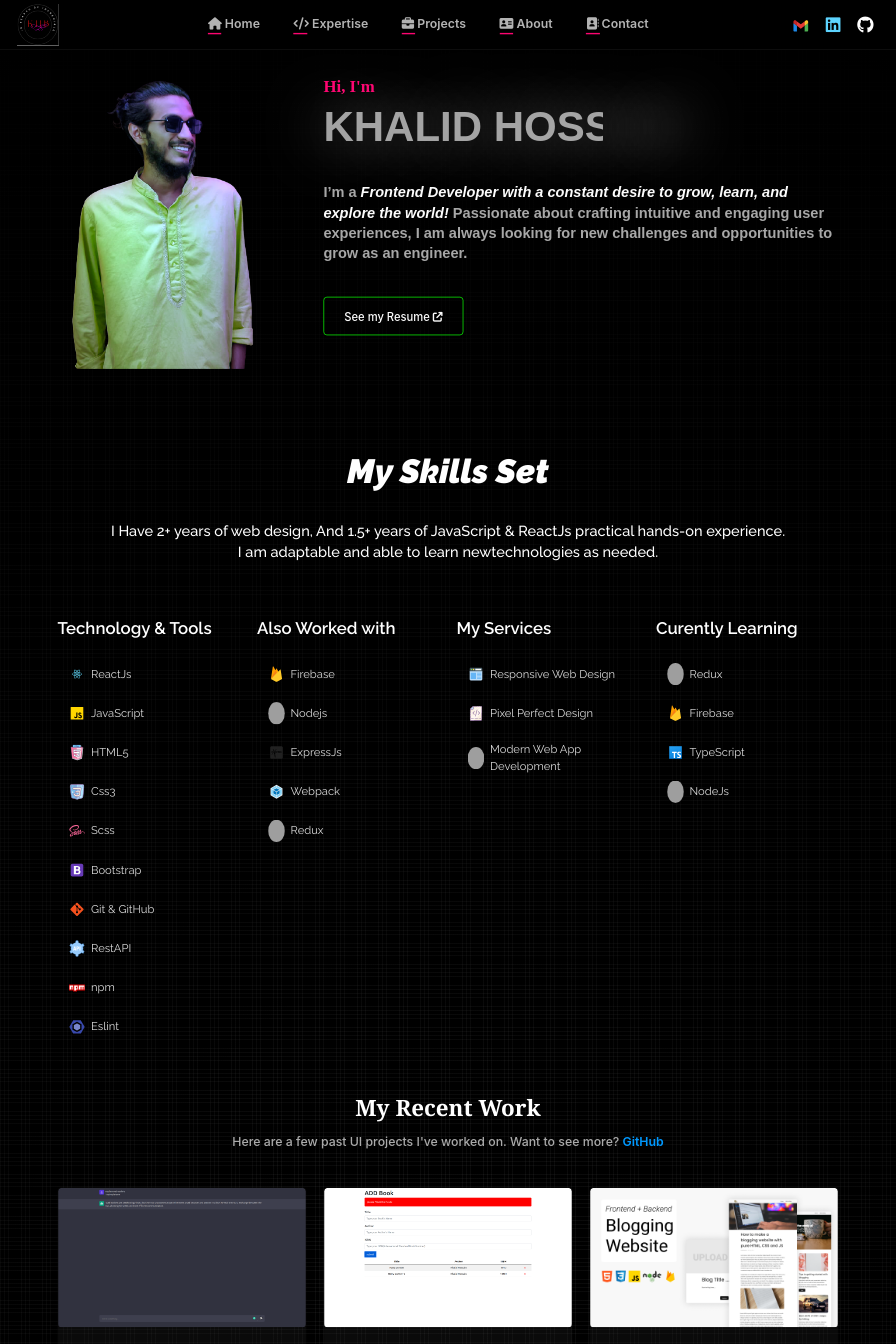
Repository: badhon252/my-portfolio
Page: /
These files come from the project's save history. The page is drawn as it stood at one moment and after the next save; the edit follows.
The browser window is 1280 px wide. The pictures show the part of the page from y = 0 to 1920 px (the page is 3604 px tall before and 3679 px after), at 70% of full size.
Pictures or frames that could not be fetched are drawn as grey boxes. Some web fonts or font styles are not loaded; a fallback is used. The project was rebuilt for these pictures with package versions that can differ from the ones it lists, and the page was loaded fresh each time.

Above is the page before, as saved 2023-02-14 19:01:00.

### public/index.html
<!DOCTYPE html>
<html lang="en">

<head>
    <meta charset="utf-8" />
    <meta name="viewport" content="width=device-width, initial-scale=1.0" />
    <meta name="theme-color" content="#000000" />
    <link rel=" stylesheet " href=" https://cdnjs.cloudflare.com/ajax/libs/font-awesome/6.2.1/css/all.min.css ">
    <!-- For google search engines  -->
    <meta name="google-site-verification" content="pFRaVUB3Vqtpp7CYJiHCBl35aQ6s2zmKJ89Zh2XF5rQ" />
    <meta name="description"
        content="I'm Khalid Hossain Badhon, I'm a experienced Frontend Web Application developer with more than 2years of hands on experienced. Front-end engineers, Front-end development, reactjs developer, javascript developer" />
    <!--  Bootstap== -->
    <link rel=" stylesheet " href=" https://cdn.jsdelivr.net/npm/bootstrap@5.3.0-alpha1/dist/css/bootstrap.min.css ">


    <title>Khalid Hossain Badhon | Frontend Developer</title>
</head>

<body>
    <div id="root"></div>

    <script src=" https://cdn.jsdelivr.net/npm/bootstrap@5.3.0-alpha1/dist/js/bootstrap.bundle.min.js "></script>
    <!-- <script src=" https://platform.linkedin.com/badges/js/profile.js " async defer type=" text/javascript "></script> -->

</body>

</html>

### src/index.css
* {
    margin: 0;
    padding: 0;
    box-sizing: border-box;
}

html {
    --scrollbarBG: #2f2f2f;
    --thumbBG: #808080;
}

body {
    margin: 0;
    font-family: -apple-system, BlinkMacSystemFont, 'Segoe UI', 'Roboto', 'Oxygen', 'Ubuntu', 'Cantarell', 'Fira Sans', 'Droid Sans', 'Helvetica Neue', sans-serif;
    -webkit-font-smoothing: antialiased;
    -moz-osx-font-smoothing: grayscale;
    background-color: #000000;
    background-image: radial-gradient(circle at center center, transparent 0%, rgb(0, 0, 0) 99%), repeating-linear-gradient(0deg, rgba(163, 163, 163, 0.07) 0px, rgba(163, 163, 163, 0.07) 1px, transparent 1px, transparent 6px), repeating-linear-gradient(90deg, rgba(163, 163, 163, 0.07) 0px, rgba(163, 163, 163, 0.07) 1px, transparent 1px, transparent 6px), linear-gradient(90deg, rgb(0, 0, 0), rgb(0, 0, 0));
    color: #ffffff;
    scrollbar-width: thin;
    scrollbar-color: var(--thumbBG) var(--scrollbarBG);
}

body::-webkit-scrollbar {
    width: 12px;
}

body::-webkit-scrollbar-track {
    background: var(--scrollbarBG);
}

body::-webkit-scrollbar-thumb {
    background-color: var(--thumbBG);
    border-radius: 6px;
    border: 3px solid var(--scrollbarBG);
}

### src/Components/Home/Home.jsx
import AboutMe from "./AboutMe/AboutMe";
// import Footer from "./Footer/Footer";
import Header from "./Header/Header";
import Projects from "./Project/Projects";
import Skill from "./Skill/Skill";


export default function Home() {
  return (
    <div id="home">
        <Header />
        <Skill/>
        <Projects/>
        <AboutMe/>
        {/* <Footer/> */}

    </div>
  )
}

### src/Components/Home/Header/Header.jsx
import React from 'react'
import HeaderContent from './HeaderContent/HeaderContent'
import Navbar from './Navbar/Navbar'
import Classes from './Header.module.css'

export default function Header() {
  return (
    <header className={Classes.header}>
      <Navbar/>
      <HeaderContent/>
    </header>
  )
}

### src/Components/Home/Skill/Skill.jsx
import "./Skill.css"
import SkillSet from "./SkillSet";
const SkillEfficiency = () => {
    return (
       <section id="skill" >
        <div className="container">

        <div className="d-flex justify-content-center">
                <h1 className="skillSet__title"> My Skills Set </h1>
        </div>
                <div className="skillSet__title__line">
                    <div className="skillSet__title__line__inner">
                        I Have 2+ years of web design, And 1.5+ years of JavaScript & ReactJs practical hands-on experience. <br />
                        <span> I am adaptable and able to learn newtechnologies as needed.</span>
                    </div>
                </div>
                  <SkillSet/>
        </div>
       </section>
    );
}

export default SkillEfficiency;

### src/Components/Home/AboutMe/AboutMe.css
#about {
    padding: 2rem 1rem;
    min-height: 100vh;
}

#about p {
    font-size: 1.2em;
    font-weight: 500;
    margin-bottom: 1rem;
    color: rgba(255, 255, 255, 0.568);
    line-height: 1.3;
    letter-spacing: -1px;
}

#about h1 {
    color: #fcfcfc;
    font-size: 2.5em;
}

#about p:hover {
    color: #fcfcfc;
    cursor: text;
}

.aboutMe_titile::after {
    content: "";
    display: block;
    position: relative;
    top: -13px;
    width: 30vw;
    height: 1px;
    margin-left: 200px;
    background-color: rgba(9, 250, 227, 0.63);
}


/* Hometown ======== */

.homeTown_title {
    font-size: 1.3em;
    font-weight: 600;
    color: aquamarine;
    font-weight: 600;
}


/* .homeTown_title i {
    color: rgb(255, 255, 255);
    font-size: 1.2rem;
    width: 100%;
} */


/* edu ========== */

.crt_title,
.edu_title {
    font-size: 1.3em;
    font-weight: 600;
    color: aquamarine;
}

#about h4 {
    font-size: 1em;
    font-weight: 500;
    color: rgb(206, 255, 239);
    line-height: 1.5;
}

#about h4 span {
    color: rgb(88, 126, 111);
}

#about h4 span:hover {
    color: rgb(255, 255, 255);
}

#about h4 a {
    color: rgb(88, 126, 111);
    text-decoration: none;
}

### src/Components/Home/Header/HeaderContent/HeaderContent.jsx
import Badhon from "../../../../Assests/Images/badhon-color.png";
import HeroSection from './HeroSection'
import Classes from "./Header.module.css";

export default function HeaderContent() {
  return (
      <div className="container" >
        <div className={Classes.headerContainer}>

          <div className="row my-5" >
              <div className="col-md-4">
                <img src={Badhon} alt="Badhon" className="img-fluid w-100 px-2" />
              </div>
              <div className="col-md-8 py-5 d-flex flex-column">
                <HeroSection />
              </div>
          </div>
        </div>
      </div>
  )
}

### src/Components/Home/Header/Navbar/Navbar.jsx
import "./Navs/Navs.css"
import "./Navbar.css"
import Nav from './Navs/Nav/Nav'
// import NavbarBrand from './NavbarBrand/NavbarBrand'
// import LinkedIn from './Navs/LinkedIn/LinkedIn'
// import GitHub from './Navs/GitHub/Github'

export default function Navbar() {
  return (
    <div className='navBar borderBottom container-fluid'>
            <Nav/>
         {/* <div className='navBar'>
            <LinkedIn/>
            <GitHub/>
         </div> */}
    </div>
  )
}

### src/Components/Home/Header/Header.module.css
.header {
    color: aliceblue;
    padding: 0 1rem;
}

### src/Components/Home/Project/ProjectCard.jsx
import CardImgLink from "./Card_img__link"
import "./Projects.css"

export default function ProjectCard(props) {

  function stacks(){
    return props.stack.map((item, index) => {
      return <span className="stack" key={index}>#{item}</span>
    })
  }

  return (
    <div className="card my-1" id="card">
          <div className="card-img">
            <a href={props.preview} >
              <img src={props.img} className="card-img-top img-fluid" alt={props.title}/>
              <CardImgLink preview={props.preview} link={props.link}/>
            </a>
          </div>
        <div className="card-body">
          <div className="stacks">
             {stacks()}
          </div>

            <h5 className="card-title my-2">{props.title}</h5>
            <span className="card-text py-5 px-3">{props.text}</span>

        </div>
    </div>
  )
}

### src/Components/Home/Project/Projects.css
#card {
    background-color: #2c2d2c3a;
    /* width: 18rem */
    overflow: hidden;
    color: aliceblue;
    position: relative;
    text-align: center;
    transition: .5s;
}

#card:hover {
    /* width: 18rem */
    overflow: hidden;
    text-align: center;
    box-shadow: 5px 5px 50px rgba(53, 255, 3, 0.193);
    transform: translateY(-25px);
}

#card:hover span {
    color: aliceblue;
}

.card-img {
    overflow: hidden;
}

.img-fluid {
    border-radius: 0%;
    width: 100%;
    height: 100%;
    object-fit: cover;
    object-position: center;
    transition: 0.5s;
}

#card:hover .card-img-top {
    border-radius: 0;
    transform: scale(1.1);
}


/* Path: src/Components/Home/Project/Projects.css */

.project__title {
    color: rgba(255, 255, 255, 0.664);
    text-align: center;
}

.project__title h2 {
    font-size: 2rem;
    font-weight: 700;
    margin-bottom: 1rem;
    color: #fff;
    font-family: Georgia, 'Times New Roman', Times, serif;
}

.project__title__line {
    font-weight: 500;
    font-size: 1.1rem;
}

.project__title__line a {
    color: #0099ff;
    text-decoration: none;
    font-weight: 600;
}

.project__title__line a:hover {
    color: #1da5ff;
    text-decoration: underline;
}

.card_img__link {
    align-items: center;
    background-color: rgba(0, 0, 0, 0.332);
    border-radius: 5px;
    display: flex;
    justify-content: flex-end;
    position: absolute;
    right: 0;
    top: 0;
    bottom: 0;
    left: 0;
    transition: .5s;
    opacity: 0;
}

#card:hover .card_img__link {
    opacity: 1;
}

.card_img__link a {
    color: #dbdbdb;
    text-decoration: none;
    font-weight: 700;
    margin: 0 .5rem;
}

.card_img__link a:hover {
    color: #eae8ff;
    text-decoration: none;
    font-weight: 700;
}

.card_img__link i {
    color: #fff;
}

.card_img__link i:hover {
    color: rgb(0, 157, 255);
}


/* .githubIcon {
    right: 5px;
}

.redirect {
    max-width: 40px;
    margin-top: 6px;
    color: #0099ff;
} */

.card-body {
    z-index: 111;
    padding-bottom: 2rem;
}

.card-body h5 {
    font-size: 1.2rem;
    font-weight: 600;
    margin: 0;
}

.card-body .stacks {
    margin: 0;
    opacity: 0;
    transition: 0.5s;
}

#card:hover .stacks {
    opacity: 1;
}

.card-body .stack {
    display: inline;
    font-size: .8rem;
    font-weight: 600;
    color: #ffffff;
    background-color: rgb(73, 73, 73);
    margin: .1rem;
    border-radius: 5px;
    text-align: left;
}

.card-text {
    color: #dbdbdbbb;
}

.card-text:hover {
    color: #eae8ff;
}

### src/Components/Home/Skill/Skill.css
@import url('https://fonts.googleapis.com/css2?family=Raleway:ital,wght@0,300;0,400;0,500;0,600;0,700;0,800;0,900;1,500;1,600;1,900&display=swap');

/* .skills {
    margin: 4rem 0 2rem 0;
    display: flex;
    justify-content: space-around;
    flex-wrap: wrap;
    gap: 2rem;
    height: 80vh;
    overflow: hidden;
} */

#skill {
    font-family: 'Raleway', sans-serif;
}

.skillSet__title__text h2 {
    font-size: 1.5em;
    font-weight: 600;
    margin-bottom: 1rem;
    display: inline-block;
}

.skillSet__title__text h2::after {
    content: "";
    display: block;
    height: 4px;
    transition: .5s;
    width: 0;
    background: rgb(255, 14, 118);
}

.skillSet:hover .skillSet__title__text h2::after {
    width: 100%;
}

.skillSet li {
    list-style-type: none;
    margin: 0.5rem 1rem;
    color: #ffffffda;
    transition: .4s;
    display: flex;
    align-items: center;
    padding: .5rem 0;
}

.skillSet li img {
    width: 1.5rem;
    margin-right: 0.5rem;
}

.skillSet:hover li {
    color: #ffffff;
    transform: translateY(-5px);
}

.skillSet:hover li img {
    transform: scale(1.2);
}


/* .skillSet:hover {
    background: linear-gradient(90deg, rgba(9, 255, 5, 0.5) 0%, rgba(255, 0, 0, 0.5) 100%);
    box-shadow: 0 0 10px 0 rgba(255, 255, 255, 0.5);
} */

.skillSet__title {
    font-weight: 900;
    font-style: italic;
    font-size: 3em;
    margin-top: 70px;
}

.skillSet__title::after {
    content: "";
    display: block;
    height: 4px;
    transition: .6s;
    width: 0;
    background: linear-gradient(202deg, rgb(5, 255, 1) 20%, rgb(255, 14, 118) 50%, rgb(0 4 255) 100%);
}

#skill:hover .skillSet__title::after {
    width: 100%;
}

.skillSet__title__line {
    font-size: 1.3rem;
    font-weight: 800;
    color: rgba(255, 255, 255, 0.63);
    text-align: center;
    margin: 1rem 0;
}

.skillSet__title__line__inner {
    font-family: 'Raleway', sans-serif;
    margin: 1.3em 0 3em 0;
    font-size: 1em;
    font-weight: 500;
    line-height: 1.5;
    color: #ffffff;
}

.skillSet {
    margin: 1rem 0;
}


/* Generated code  */


/* .wave-container {
    height: 40vh;
    background-color: #000000;
    position: relative;
}

.wave-container::before {
    content: "";
    width: 100%;
    height: 135px;
    position: absolute;
    bottom: -0.3%;
    left: 0;
    background-size: auto;
    background-repeat: repeat no-repeat;
    background-position: 54vw bottom;
    background-image: url("data:[embedded picture, 356 characters]");
}

@media(max-width:850px) {
    .wave-container::before {
        height: 67.5px
    }
} */

### src/Components/Home/Header/HeaderContent/HeroSection.jsx
import Classes from "./Header.module.css";
// import Name from "./Name";

export default function HeroSection() {
  return (
    <div className={Classes.heroSection}>
          <h2 className={Classes.h2}>Hi, I'm</h2>
          <h1 className={Classes.myName}>
            <span>
              Khalid Hossain.
            </span>
          </h1>
          {/* <Name/> */}
          <div className={Classes.bio}>
            I’m a <span>Frontend Developer with a constant desire to grow, learn, and explore the world!</span> Passionate about crafting intuitive and engaging user experiences,
            I am always looking for new challenges and opportunities to grow as an engineer.
          </div>

          <a className={Classes.resume} href="https://drive.google.com/file/d/1dNWfd7X8CYs_9THDZo58HHKVKzD8WfeY/view?usp=share_link" target="_blank" rel="noreferrer">
              See my Resume <i className="fa-solid fa-arrow-up-right-from-square"></i>
          </a>

    </div>
  );
}

### src/Components/Home/Header/HeaderContent/Header.module.css
@import url('https://fonts.googleapis.com/css2?family=Unbounded:wght@400;500;600;700;800;900&display=swap');
.headerContainer {
    min-height: calc(100vh-70px);
    width: 100%;
    display: flex;
    justify-content: center;
    align-items: center;
    flex-direction: column;
    position: relative;
    overflow: hidden;
}

.heroImage {
    max-width: 100%;
    object-fit: cover;
    height: auto;
    box-sizing: border-box;
    overflow: hidden;
    /* border-radius: 30% 70% 64% 36% / 44% 42% 58% 56%; */
}

.myName {
    text-transform: uppercase;
    letter-spacing: 0.5em;
    display: inline-block;
    margin: 0 0 1rem 0;
}

.myName span {
    font: 700 1.5em/1 "Unbounded", sans-serif;
    letter-spacing: 0;
    padding: 0.25em 0 0.325em;
    text-shadow: 0 0 80px rgba(255, 255, 255, 0.5);
    /* Clip Background Image */
    background: url(https://i.ibb.co/RDTnNrT/animated-text-fill.png) repeat-y;
    -webkit-background-clip: text;
    background-clip: text;
    /* Animate Background Image */
    -webkit-text-fill-color: transparent;
    -webkit-animation: aitf 80s linear infinite;
    /* Activate hardware acceleration for smoother animations */
    -webkit-transform: translate3d(0, 0, 0);
    -webkit-backface-visibility: hidden;
}


/* Animate Background Image */

@keyframes aitf {
    0% {
        background-position: 0% 50%;
    }
    100% {
        background-position: 100% 50%;
    }
}

.heroSection:hover .myName {
    text-shadow: 0 0 12px #24fbdd;
}

.h2 {
    font-size: 1.5em;
    font-family: 'Unbounded', cursive;
    margin: 1rem 0;
    line-height: 1;
    color: #ff006f;
    font-weight: 600;
}


/* #about p:hover h2 {
    text-shadow: 0 0 12px #24fbdd;
} */

.bio {
    font-size: 1.3em;
    color: rgba(255, 255, 255, 0.653);
    line-height: 1.4;
    font-family: 'Titillium Web', sans-serif;
    font-weight: 600;
    margin: 2rem 0;
}

*::selection {
    background-color: #f2ff00;
    color: #000000;
}

.bio span {
    font-style: italic;
    color: #fcfcfc;
}


/* bio text animations  */

.center {
    width: 100%;
    height: 100vh;
    display: flex;
    justify-content: center;
    align-items: center;
}

.char {
    font-size: 40px;
    height: 40px;
    animation: an 1s ease-out 1 both;
    display: inline-block;
}

@keyframes an {
    from {
        opacity: 0;
        transform: perspective(500px) translate3d(-35px, -40px, -150px) rotate3d(1, -1, 0, 35deg);
    }
    to {
        opacity: 1;
        transform: perspective(500px) translate3d(0, 0, 0);
    }
}

.mylink {
    position: absolute;
    z-index: 150;
    bottom: 0;
    right: 0;
    width: 100%;
    text-align: right;
    padding: .6rem;
}


/*! resume  */

.resume {
    padding: .9rem 1.8rem;
    border: 1px solid #09ff01;
    font-size: 1rem;
    font-weight: 500;
    margin-top: 1rem;
    outline: none;
    border-radius: 5px;
    background: none;
    color: #fcfcfc;
    transition: .5s;
    cursor: pointer;
    text-decoration: none;
    display: inline-block;
}

.resume:hover {
    color: rgb(7, 7, 7);
    background-color: rgb(0, 255, 21);
}

.resume:active {
    transform: scale(0.95);
}

### src/Components/Home/Header/Navbar/Navs/Navs.css
.flexRow {
    display: flex;
    justify-content: space-between;
    align-items: center;
    flex-wrap: wrap;
    gap: 2rem;
}

.me_1 {
    margin-right: 1rem;
}

img {
    width: 2rem;
    height: 2rem;
    border-radius: 50%;
}

.navbar-brand {
    /* background: #FFFF00;
    background: linear-gradient(to left, #FFFF00 0%, #05C1FF 50%, #FFFF00 100%);
    -webkit-background-clip: text;
    -webkit-text-fill-color: transparent; */
    color: aqua;
    font-size: 1.5rem;
    font-weight: 600;
    text-decoration: none;
    font-family: "Poppins", sans-serif;
}

### src/Components/Home/Header/Navbar/Navbar.css
.boxShadow {
    -webkit-box-shadow: 0px 22px 40px -37px rgba(255, 255, 255, 1);
    -moz-box-shadow: 0px 22px 40px -37px rgba(255, 255, 255, 1);
    box-shadow: 0px 22px 40px -37px rgba(255, 255, 255, 1);
}

.borderBottom {
    border-bottom: 1px solid #f6f6f612;
}

### src/Components/Home/Header/Navbar/Navs/Nav/Nav.jsx
import logo from "../../../../../../Assests/icons/logo.svg"
import SocialIcons from "../../../../Icons/SocialIcons"
import "./../Navs.css"
import "./Nav.css"

export default function Nav() {

  return (
    <nav className="navbar navbar-expand-lg">
      <div className="container-fluid">
        <a className="navbar-brand" href="#home">
          <img className="img-fluid" src={logo} alt="@badhon252" />
        </a>
        <button className="navbar-toggler" type="button" data-bs-toggle="collapse" data-bs-target="#navbarNav" aria-controls="navbarNav" aria-expanded="false" aria-label="Toggle navigation">
          <i className="fa-solid fa-bars"></i>
        </button>
        <div className="collapse navbar-collapse" id="navbarNav">
          <ul className="navbar-nav mx-auto">
            <li className="nav-item">
              <a className="nav-link" aria-current="page" href="#home"><i className="fa-solid fa-house"></i> Home</a>
            </li>
            <li className="nav-item">
              <a className="nav-link" href="#skill"><i className="fa-solid fa-code"></i> Expertise</a>
            </li>
            <li className="nav-item">
              <a className="nav-link" href="#projects"><i className="fa-solid fa-briefcase"></i> Projects</a>
            </li>
            <li className="nav-item">
                <a className="nav-link" href="#about"><i className="fa-solid fa-address-card"></i> About</a>
            </li>
            <li className="nav-item">
                <a className="nav-link" href="#contact"><i className="fa-solid fa-address-book"></i> Contact</a>
            </li>
          </ul>
          <div className="d-flex">
        <SocialIcons />
          </div>
        </div>
      </div>
    </nav>
  )
}

### src/Components/Home/Project/Card_img__link.jsx
// import githubIcon from "../../../Assests/icons/github.png"
// import redirect from "../../../Assests/icons/redirect.svg"
import "./Projects.css"
export default function Card_img__link(props) {

  return (
     <div className="card_img__link">
              <a href={props.link} target="_blank" rel="noreferrer" >
               <i className="fa-brands fa-github-alt"></i>
              </a>
              <a href={props.preview} target="_blank" rel="noreferrer" >
                  <i className="fa-solid fa-arrow-up-right-from-square redirect"></i>
              </a>

    </div>
  )
}

### src/Components/Home/Icons/SocialIcons.jsx
import "./SocialIcons.css"
import gmailIcon from "../../../Assests/icons/gmail.svg"

export default function SocialIcons() {
  return (
    <div className='icons'>
      <a href="mailto:dev.khalidhossain@gmail.com" target="_blank" rel="noreferrer">
         <img src={gmailIcon} alt="gmail" className="img-fluid" />
      </a>
      <a href="https://www.linkedin.com/in/khalidhossainbadhon/" target="_blank" rel="noreferrer">
         <i class="fa-brands fa-linkedin"></i>
      </a>
      <a href="https://github.com/badhon252" target="_blank" rel="noreferrer">
         <i class="fa-brands fa-github"></i>
      </a>
    </div>
  )
}

### src/Components/Home/Header/Navbar/Navs/Nav/Nav.css
.navBar {
    flex-wrap: wrap;
    position: fixed;
    top: 0;
    right: 0;
    left: 0;
    background-color: #000000dc;
    z-index: 1111111;
    text-align: center;
    box-sizing: border-box;
}

.navbar.navbar-expand-lg {
    padding: 0;
}

.navbar-nav {
    list-style-type: none;
    display: flex;
    justify-content: space-between;
}

.navbar-nav li a {
    text-decoration: none;
    color: rgba(255, 255, 255, 0.703);
    font-size: 1.1em;
    font-weight: 600;
    transition: all 0.3s ease-in-out;
    margin: 0 1rem;
}

.navbar-nav li a:hover {
    color: #ffffff;
}

.navbar-nav li a.active {
    color: #ff00fb;
}

.navbar-nav li a.active:hover {
    color: #f1f1f1;
}

.fa-brands,
.fab {
    font-weight: 400;
    font-size: 1.5rem;
    color: #fff;
}

.fa-bars {
    color: #fff;
}

.navbar-brand .img-fluid {
    max-width: 60px;
    max-height: 60px;
}

.navbar-brand:hover img {
    transform: scale(1.1);
}

.navbar-nav .nav-item .nav-link::after {
    content: "";
    display: block;
    height: 2px;
    width: 1.1em;
    background: #ff0672fc;
    transition: all 0.6s cubic-bezier(0.18, 0.89, 0.32, 1.28);
}

.navbar-nav .nav-item .nav-link:hover::after {
    width: 100%;
}

### src/Components/Home/Icons/SocialIcons.css
.icons {
    display: flex;
    align-items: center;
    box-sizing: border-box;
}

.icons a {
    max-height: 2.5rem;
    max-width: 2.5rem;
    padding: 8px;
    border-radius: 50%;
}

.icons a:hover {
    background-color: rgba(85, 85, 85, 0.402);
}

.icons a:nth-child(2) {
    margin: .5rem;
}

.fa-linkedin {
    color: #5dd4ff!important;
}

Loaded but not shown: src/index.js (common file); src/reportWebVitals.js (common file); src/App.js (11 lines, source omitted); src/Components/Home/Project/Projects.jsx (84 lines, source omitted); src/Components/Home/Skill/SkillSet.jsx (66 lines, source omitted); src/Components/Home/AboutMe/AboutMe.jsx (62 lines, source omitted)

After the next save:
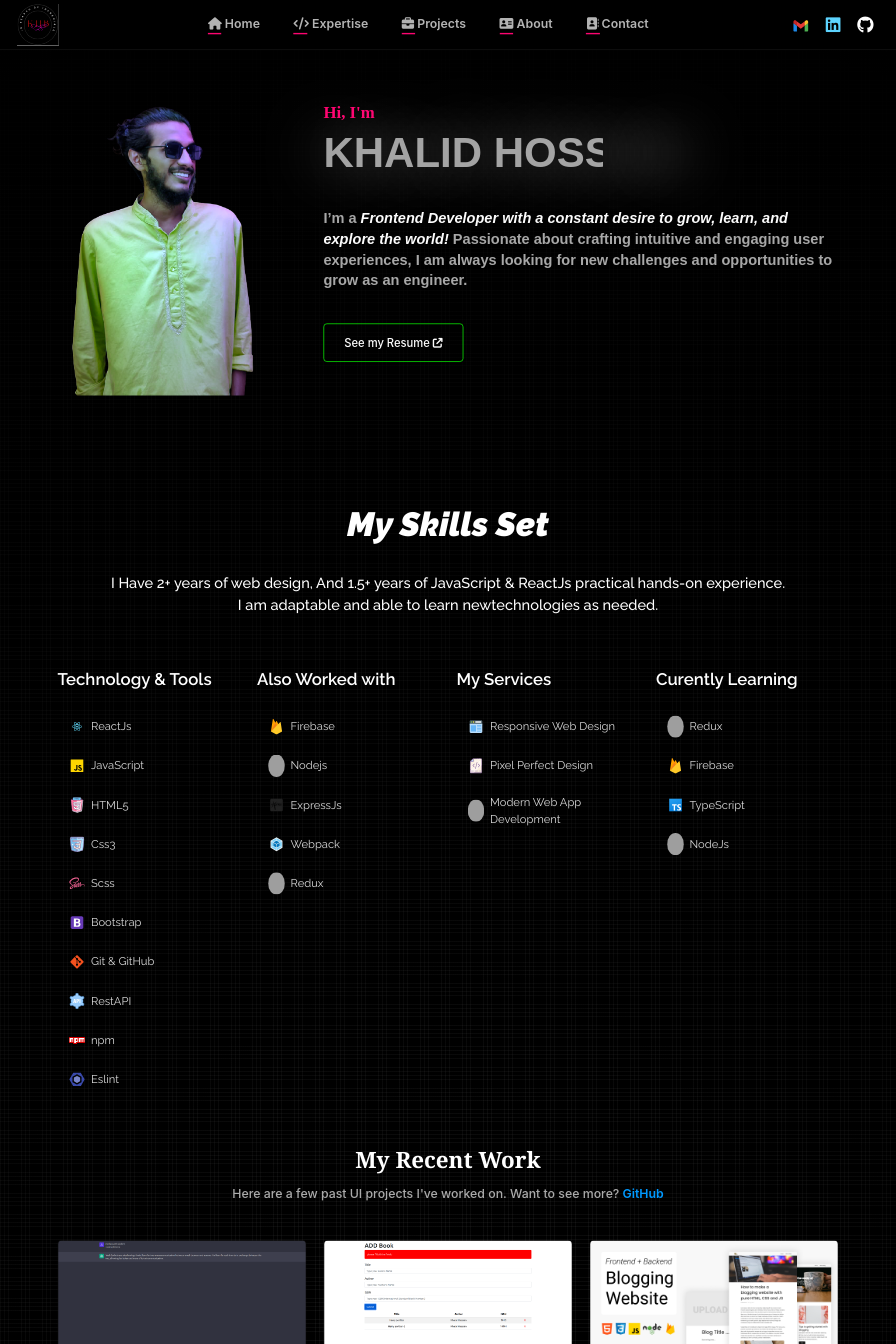
Saved 5 s later.
--- a/src/Components/Home/Header/HeaderContent/Header.module.css
+++ b/src/Components/Home/Header/HeaderContent/Header.module.css
@@ -1,6 +1,6 @@
 @import url('https://fonts.googleapis.com/css2?family=Unbounded:wght@400;500;600;700;800;900&display=swap');
 .headerContainer {
-    min-height: calc(100vh-70px);
+    min-height: calc(100vh - 70px);
     width: 100%;
     display: flex;
     justify-content: center;
